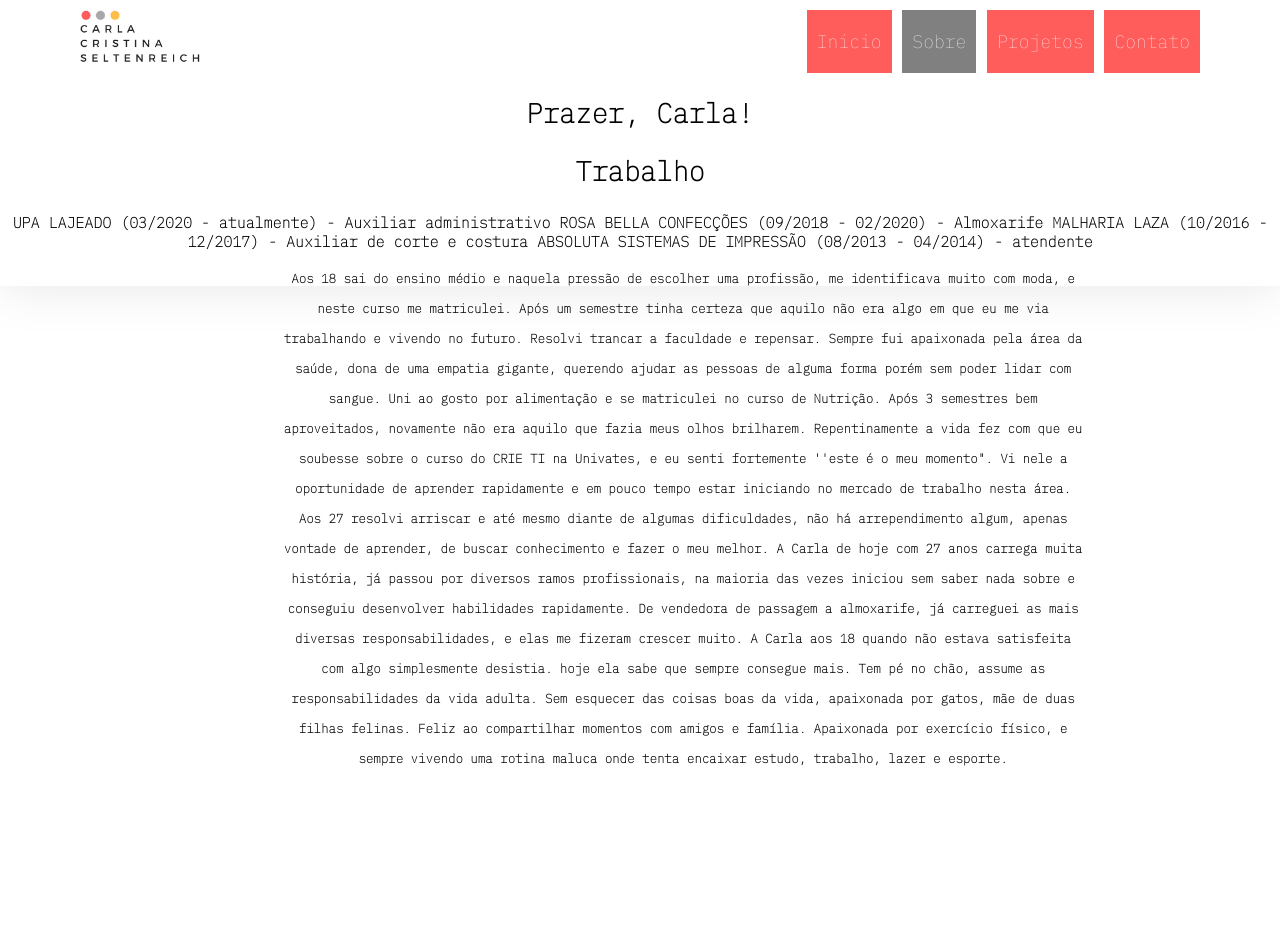
Repository: carla-seltenreich/portfolio
Page: about.html
These files come from the project's save history. The page is drawn as it stood at one moment and after the next save; the edit follows.
The browser window is 1280 px wide. The pictures show the whole page.

Above is the page before, as saved 2022-05-26 03:13:47.

### about.html
<!DOCTYPE html>
<html lang="en">

<head>
    <meta charset="UTF-8">
    <meta http-equiv="X-UA-Compatible" content="IE=edge">
    <meta name="viewport" content="width=device-width, initial-scale=1.0">
    <title>Carla Cristina Seltenreich</title>
    <link rel="preconnect" href="https://fonts.googleapis.com">
    <link rel="preconnect" href="https://fonts.gstatic.com" crossorigin>
    <link rel="stylesheet" href="style.css">

    <link href="preconnect" href="https://fonts.googleapis.com">
    <link rel="preconnect" href="https://fonts.gstatic.com" crossorigin>
    <link href="https://fonts.googleapis.com/css2?family=IBM+Plex+Mono:wght@100&family=Questrial&display=swap"
        rel="stylesheet">
</head>

<body>
    <header class="header">
        <div class="container header-container">
            <a href="index.html"><img src="Carla cristina sELTENREICH.jpg" alt="logo" class="brand"></a>
            <ul class="nav">
                <li>
                    <a href="index.html">Inicio</a>
                </li>
                <li>
                    <a href="about.html" class="active">Sobre</a>
                </li>
                <li>
                    <a href="project.html">Projetos</a>
                </li>
                <li>
                    <a href="contact.html">Contato</a>
                </li>
            </ul>
        </div>
        <section>
            <h1>Prazer, Carla!</h1>
            <div class="about-me-text">
                <h5>Aos 18 sai do ensino médio e naquela pressão de escolher uma profissão, me identificava muito com
                    moda, e neste curso me matriculei. Após um semestre tinha certeza que aquilo não era algo em que eu
                    me via trabalhando e vivendo no futuro. Resolvi trancar a faculdade e repensar.
                    Sempre fui apaixonada pela área da saúde, dona de uma empatia gigante, querendo ajudar as pessoas de
                    alguma forma porém sem poder lidar com sangue. Uni ao gosto por alimentação e se matriculei no curso
                    de Nutrição. Após 3 semestres bem aproveitados, novamente não era aquilo que fazia meus olhos
                    brilharem.
                    Repentinamente a vida fez com que eu soubesse sobre o curso do CRIE TI na Univates, e eu senti
                    fortemente ''este é o meu momento". Vi nele a oportunidade de aprender rapidamente e em pouco tempo
                    estar iniciando no mercado de trabalho nesta área.
                    Aos 27 resolvi arriscar e até mesmo diante de algumas dificuldades, não há arrependimento algum,
                    apenas vontade de aprender, de buscar conhecimento e fazer o meu melhor.

                    A Carla de hoje com 27 anos carrega muita história, já passou por diversos ramos profissionais, na
                    maioria das vezes iniciou sem saber nada sobre e conseguiu desenvolver habilidades rapidamente. De
                    vendedora de passagem a almoxarife, já carreguei as mais diversas responsabilidades, e elas me
                    fizeram crescer muito.
                    A Carla aos 18 quando não estava satisfeita com algo simplesmente desistia. hoje ela sabe que sempre
                    consegue mais. Tem pé no chão, assume as responsabilidades da vida adulta.

                    Sem esquecer das coisas boas da vida, apaixonada por gatos, mãe de duas filhas felinas.
                    Feliz ao compartilhar momentos com amigos e família. Apaixonada por exercício físico, e sempre
                    vivendo uma rotina maluca onde tenta encaixar estudo, trabalho, lazer e esporte.
                </h5>
            </div>
        </section>
        <section>
            <div class="work"></div>
            <h2>Trabalho</h2>
            <h5> UPA LAJEADO (03/2020 - atualmente) - Auxiliar administrativo
                ROSA BELLA CONFECÇÕES (09/2018 - 02/2020) - Almoxarife
                MALHARIA LAZA (10/2016 - 12/2017) - Auxiliar de corte e costura
                ABSOLUTA SISTEMAS DE IMPRESSÃO (08/2013 - 04/2014) - atendente
            </h5>

        </section>
    </header>

### style.css
body {
    font-family: 'IBM Plex Mono';
    font-size: 18px;
    padding-top: 120px;
    margin: 0;
}

.container {
    max-width: 1120px;
    margin: 0 auto;
}

.header {
    background: #fff;
    position: absolute;
    width: 100%;
    text-align: center;
    top: 0;
    z-index: 1;
    padding: 10px 0;
    box-shadow: 0 0 50px rgba(0, 0, 0, 0.1);
    box-sizing: border-box;
    align-items: center;
}

.brand {
    max-width: 120px;
}

.nav {
    margin: 0;
    padding: 0;
    list-style: none;
}

.nav li {
    background-color: #ff5c5c;
    display: inline-block;
}

.nav a {
    color: #fff;
    display: block;
    padding: 5px;
    text-decoration: none;
}

.nav a:hover {
    color: gray;

}

.nav a.active {
    color: #fff;
    background: gray;
}

.name {
    padding: 7px;
}

.name-title {
    text-align: center;
    font-size: 30px;
}


.photo-banner {
    background-color: #ff5c5c;
    width: 500px;
    display: block;
    max-width: 100%;
    margin: 0 auto;
    border-radius: 8px;
}

.lastest-projects-home {
    background-color: #ff5c5c;
    color: #fff;
    padding: 50px;
    position: center;
}

.logo-project {
    width: 30px;
    height: 30px;
}

.text-about-home {
    margin: 90px;
    top: 808px;
    font-style: normal;
    font-weight: 400;
    font-size: 15px;
    line-height: 30px;
    /* or 200% */

    display: flex;
    align-items: center;
}

.about-me-text {
    position: absolute;
    width: 800px;
    height: 570px;
    left: 283px;
    top: 233px;
    font-style: normal;
    font-weight: 400;
    font-size: 15px;
    line-height: 30px;
    /* or 200% */

    display: flex;
    align-items: center;
}

.work {
    position: absolute;
    width: 800px;
    height: 700px;
    left: 283px;
    top: 233px;
    font-style: normal;
    font-weight: 400;
    font-size: 15px;
    line-height: 30px;
    display: block;
    align-items: center;
}

.title-project {
    position: absolute;
    width: 800px;
    height: 57px;
    left: 283px;
    top: 156px;

    font-style: normal;
    font-weight: 600;
    font-size: 44px;
    line-height: 57px;
    display: flex;
    align-items: center;
}

.text-project {
    position: absolute;
    width: 800px;
    height: 120px;
    left: 283px;
    top: 233px;
    font-style: normal;
    font-weight: 400;
    font-size: 20px;
    line-height: 30px;
    /* or 200% */

    display: flex;
    align-items: center;

    color: black;
}

.footer {
    color: #fff;
    background: grey;
    padding: 30px 0;
    text-align: center;
}

.footer-container {
    display: block;
    justify-content: center;
}

.footer-contact a {
    display: block;
    color: #fff;
    text-decoration: none;
}

.social-medias li {
    display: inline-block;
}

.social-medias a {
    display: block;
    font-size: 25px;
    padding: 20px 10px;

}

.logo-socialmedia {
    width: 20px;
    padding: 10px;
    cursor: pointer;

}

.social-medias a:hover img {
    transform: rotate3d(10deg);
    transition: .3s;
}

.footer-contact address {
    margin-bottom: 20px;
}

.copyright {
    font-size: 12px;
    margin-top: 20px;
}

@media screen and (min-width: 768px) {
    body {
        padding-top: 80px;
    }

    .header-container {
        display: flex;
        justify-content: space-between;
    }

    .nav a {
        padding: 20px 10px;
    }
}

After the next save:
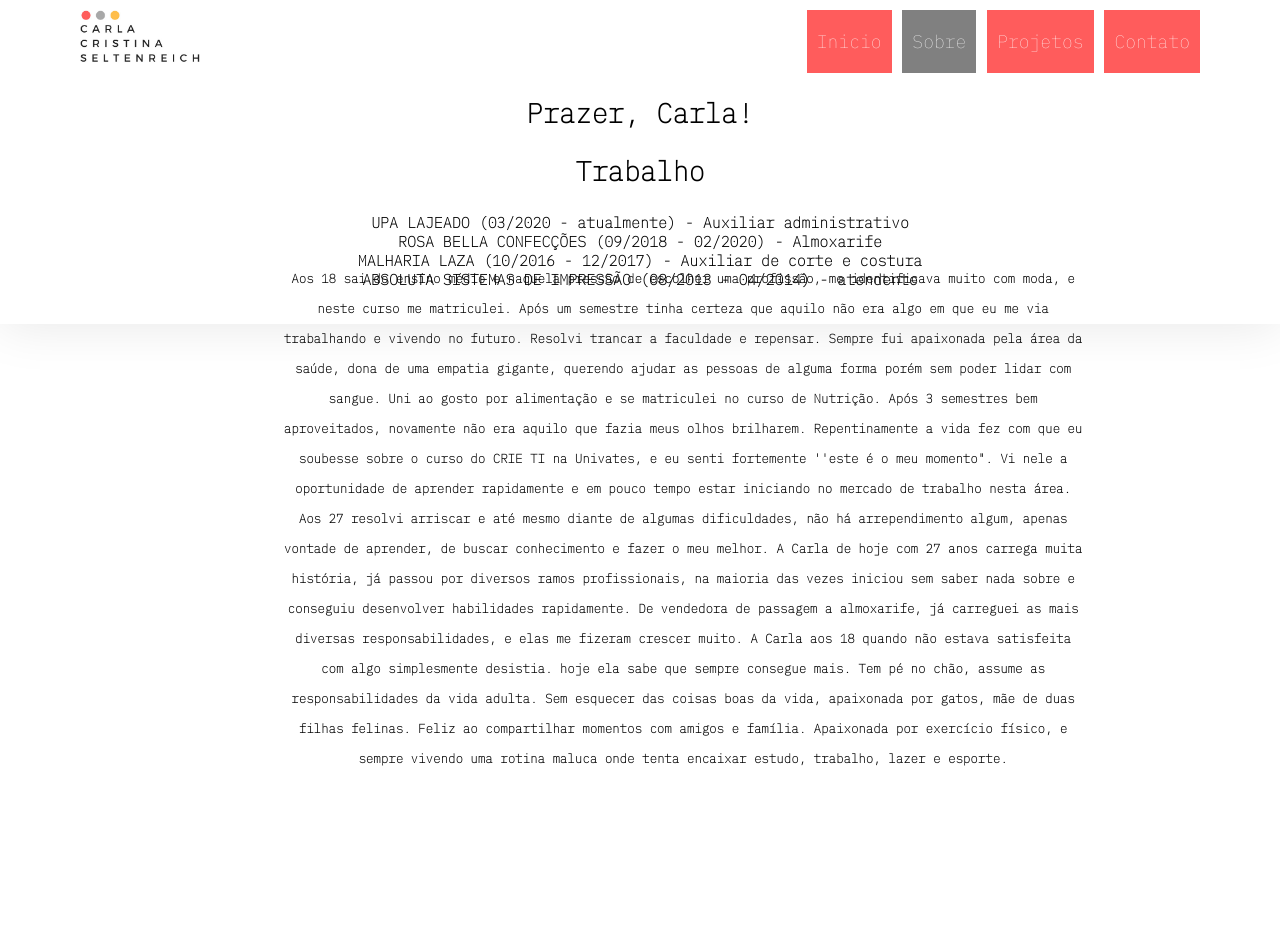
Saved 24 s later.
--- a/about.html
+++ b/about.html
@@ -67,10 +67,10 @@
         <section>
             <div class="work"></div>
             <h2>Trabalho</h2>
-            <h5> UPA LAJEADO (03/2020 - atualmente) - Auxiliar administrativo
-                ROSA BELLA CONFECÇÕES (09/2018 - 02/2020) - Almoxarife
-                MALHARIA LAZA (10/2016 - 12/2017) - Auxiliar de corte e costura
-                ABSOLUTA SISTEMAS DE IMPRESSÃO (08/2013 - 04/2014) - atendente
+            <h5>UPA LAJEADO (03/2020 - atualmente) - Auxiliar administrativo<br>
+                ROSA BELLA CONFECÇÕES (09/2018 - 02/2020) - Almoxarife<br>
+                MALHARIA LAZA (10/2016 - 12/2017) - Auxiliar de corte e costura<br>
+                ABSOLUTA SISTEMAS DE IMPRESSÃO (08/2013 - 04/2014) - atendente<br>
             </h5>
 
         </section>
